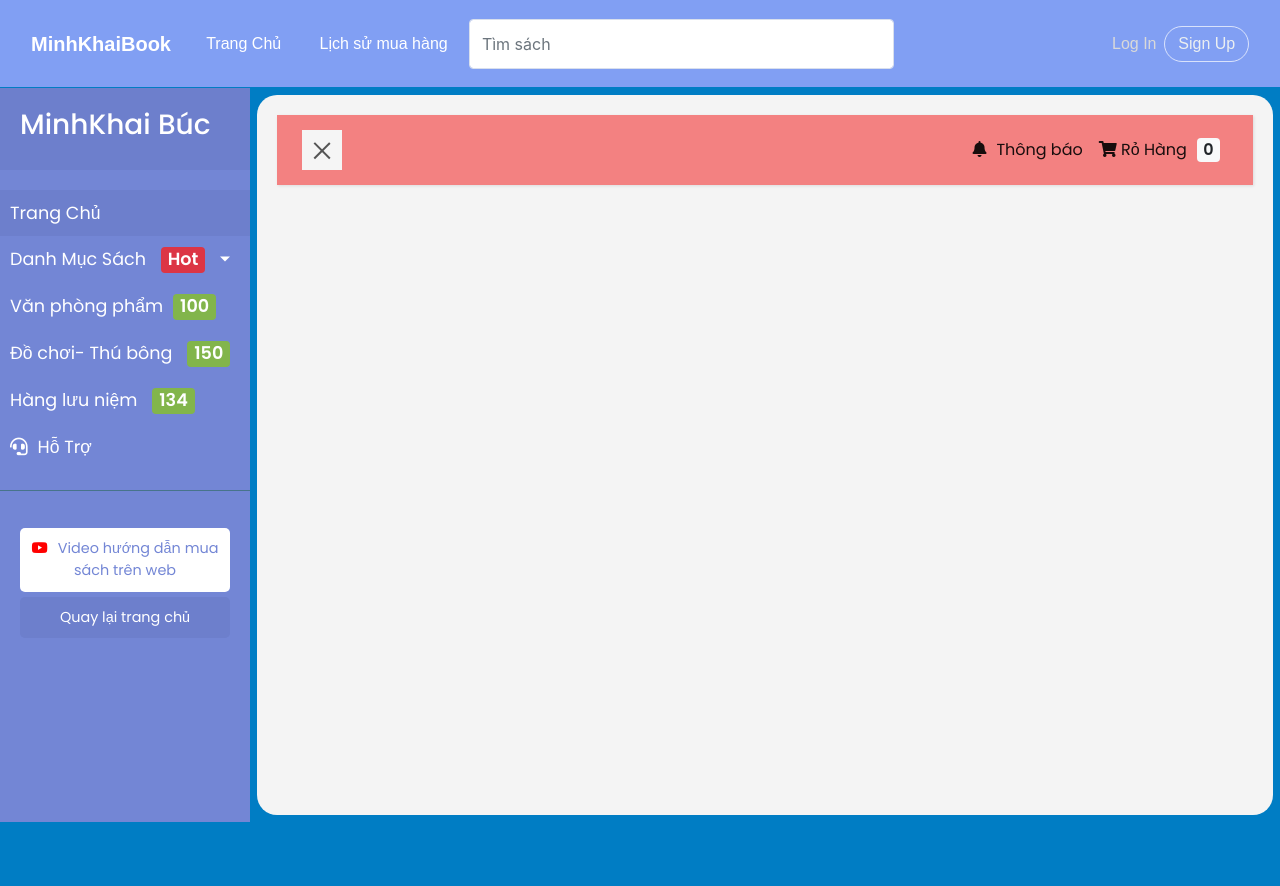
Repository: Chuong1928/Java_Web
Page: http://localhost/test1/SachController
These files come from the project's save history. The page is drawn as it stood at one moment and after the next save; the edit follows.
The browser window is 1280 px wide. The pictures show the whole page.
The page is served by Tomcat 9. Queries for data that is not in the repository find no rows.

Above is the page before, as saved 2020-11-19 15:50:20.
Console error: TypeError: $(...).mask is not a function

After the next save:
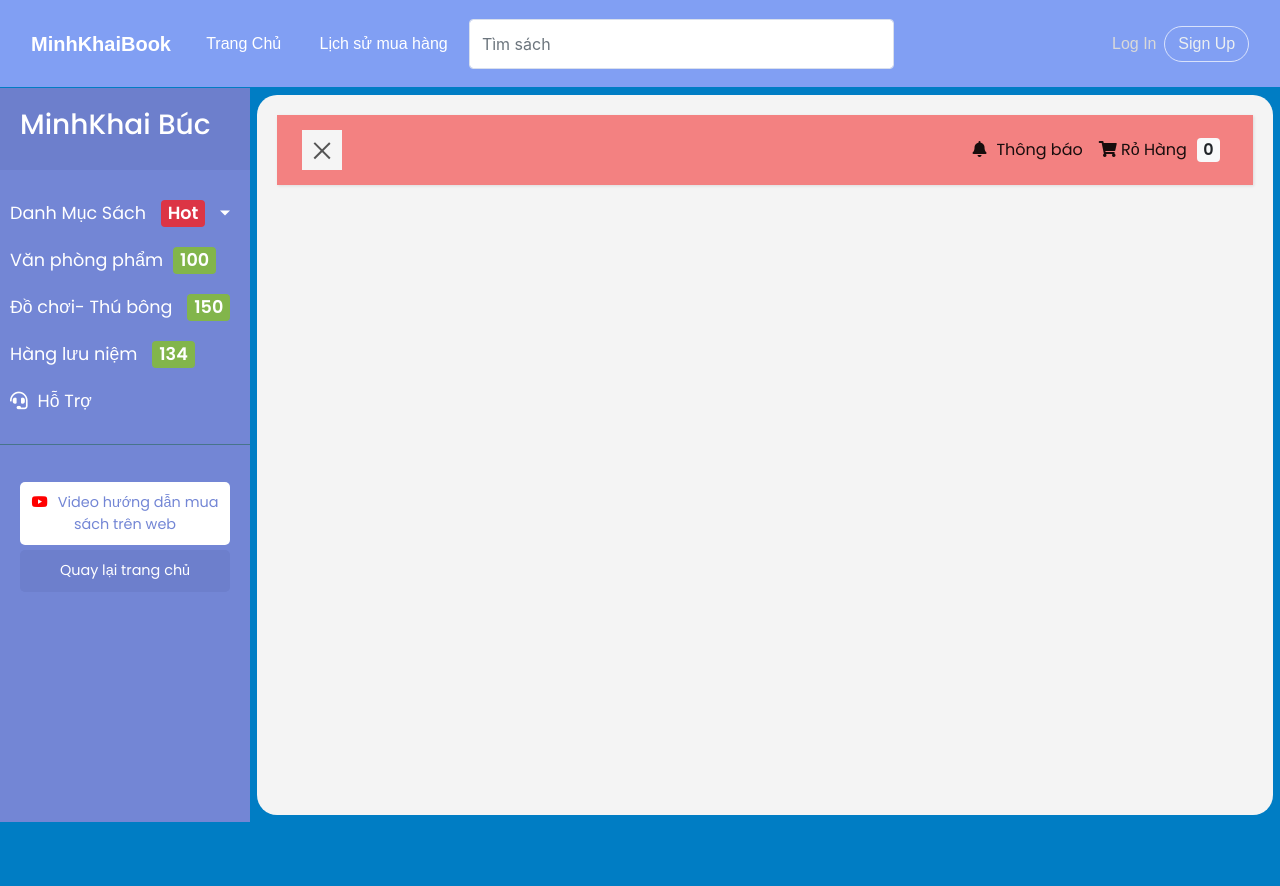
Saved 13 s later.
--- a/test1/WebContent/hahaha.jsp
+++ b/test1/WebContent/hahaha.jsp
@@ -121,7 +121,6 @@ response.setCharacterEncoding("utf-8");
 
             <ul class="list-unstyled components">
 
-                <li  class="active"> <a href="hahaha.jsp" >Trang Chủ</a></li>
                 <li>
                     <a href="#homeSubmenu" data-toggle="collapse" aria-expanded="false" class="dropdown-toggle">Danh Mục Sách <span class="badge badge-pill badge-danger"style="margin-left: 10px;">Hot</span></a>
                     <ul class="collapse list-unstyled" id="homeSubmenu">
